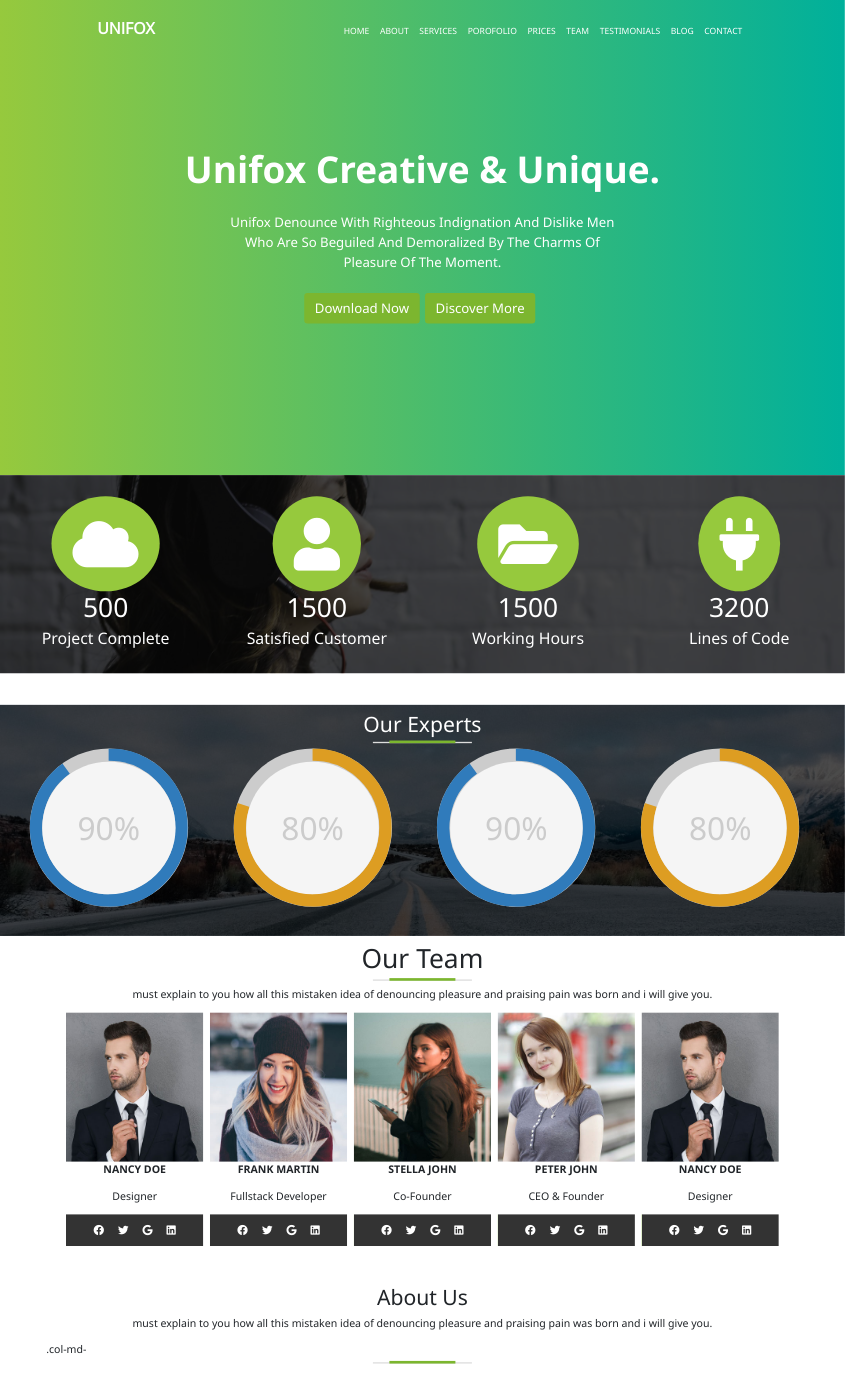
Repository: ibrkhalil/Uniforce-First-Attempt
Page: index.html
The author's editor kept a copy of each file at every save. The page is drawn from the files as they stood at one save, then again after the next save.
The browser window is 1280 px wide. The pictures show the whole page, at 66% of full size.
Backgrounds fixed to the window are drawn as part of the page.

Above is the page before, as saved 2021-01-24 02:27:38.

After the next save:
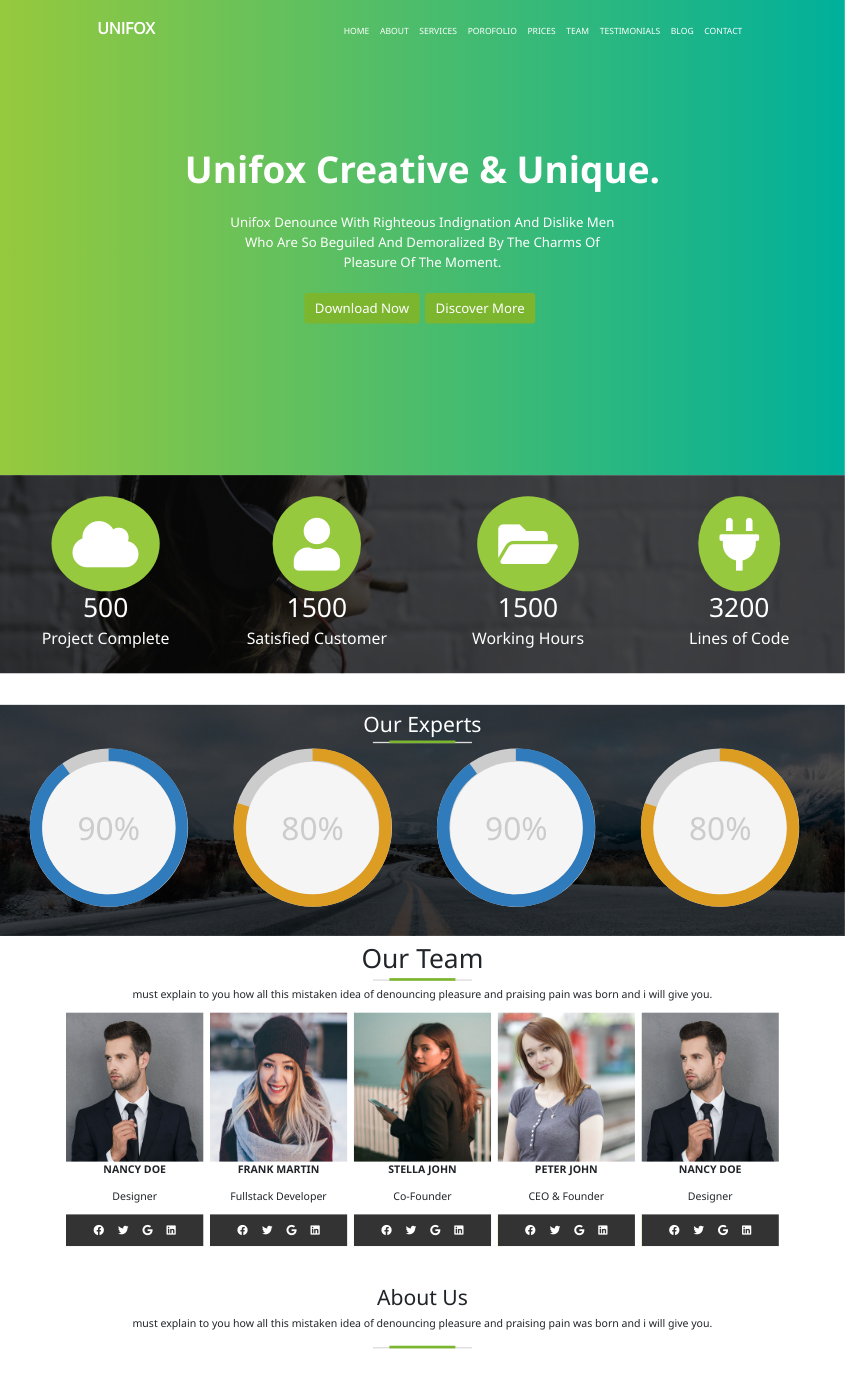
Saved 4 s later.
--- a/index.html
+++ b/index.html
@@ -279,7 +279,8 @@
                 <h2>About Us</h2>
                 <p>must explain to you how all this mistaken idea of denouncing pleasure and praising pain was born and i will give you.</p>
                 <div class="row">
-                    .col-md-
+                    <div class="col-md-6"></div>
+                    <div class="col-md-6"></div>
                 </div>
             </div>
             </section>
